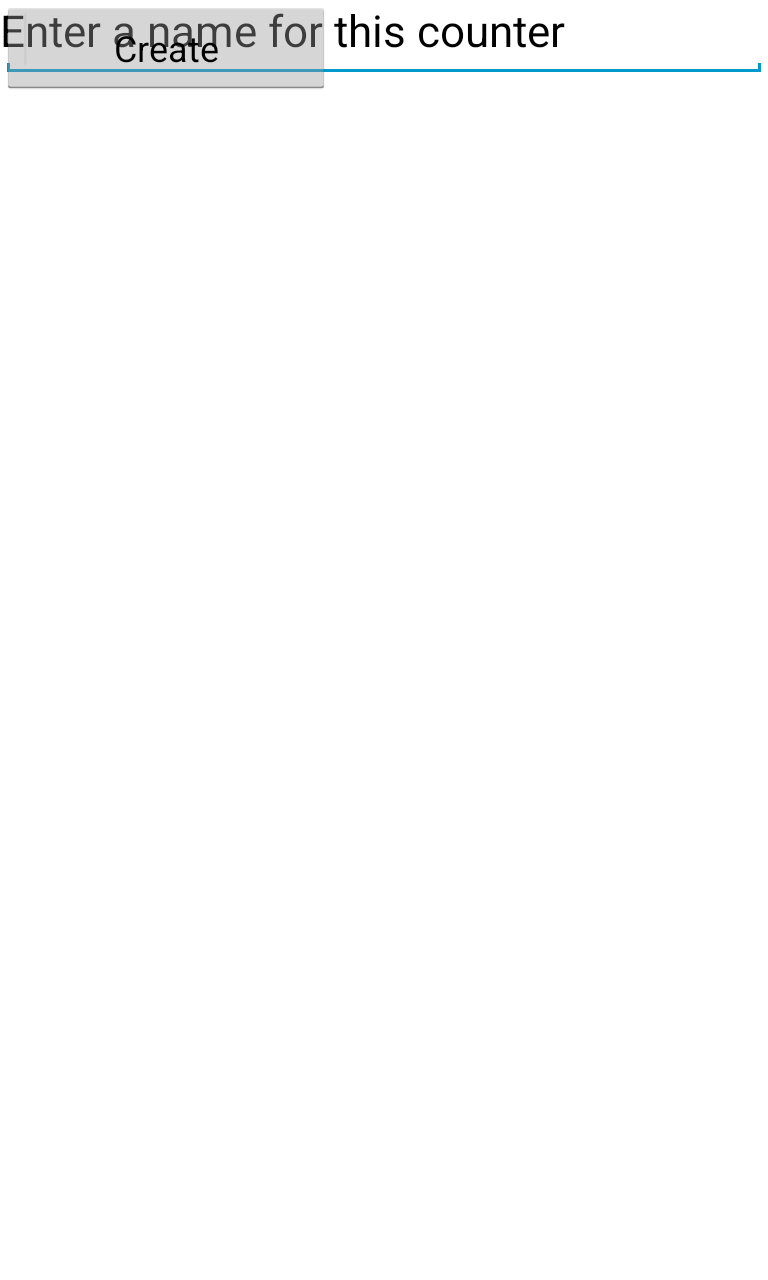
Repository: arweber1/CMPUT301_Assignment1
Layout: Assignment1/res/layout/create_counter.xml
An editor plug-in stored every save of this project. The layout is shown before and after the next save, followed by the edit.
It is drawn on a 768 x 1280 px phone screen (xhdpi) without system bars, with theme AppTheme; the app's code is not run.

Above is the layout before, as saved 2014-01-18 22:56:19.

### Assignment1/res/layout/create_counter.xml
<?xml version="1.0" encoding="utf-8"?>
<RelativeLayout xmlns:android="http://schemas.android.com/apk/res/android"
    android:layout_width="match_parent"
    android:layout_height="match_parent"
    android:orientation="vertical" >

    <TextView
        android:id="@+id/textView1"
        android:layout_width="wrap_content"
        android:layout_height="wrap_content"
        android:layout_gravity="center"
        android:text="@string/enter_counter_name"
        android:textAppearance="?android:attr/textAppearanceLarge" />

    <EditText
        android:id="@+id/editText1"
        android:inputType="textCapSentences"
        android:layout_width="match_parent"
        android:layout_height="wrap_content"
        android:ems="10" >

        <requestFocus />
    </EditText>

    <Button
        android:id="@+id/button1"
        android:layout_width="166dp"
        android:layout_height="wrap_content"
        android:text="@string/create_new_counter" />

</RelativeLayout>

### Assignment1/res/values/strings.xml
<?xml version="1.0" encoding="utf-8"?>
<resources>

    <string name="app_name">arweber-notes</string>
    <string name="action_settings">Settings</string>
    <string name="hello_world">Hello world!</string>
	<string name="add_counter">+ Add new counter</string>
	<string name="manage_counters">Manage counters</string>
	<string name="enter_counter_name">Enter a name for this counter</string>
	<string name="create_new_counter">Create</string>
	<string name="cancel_button">Cancel</string>
</resources>

Loaded but not shown: Assignment1/res/values/styles.xml (common file); Assignment1/res/values-v11/styles.xml (common file); Assignment1/res/values-v14/styles.xml (common file)

After the next save:
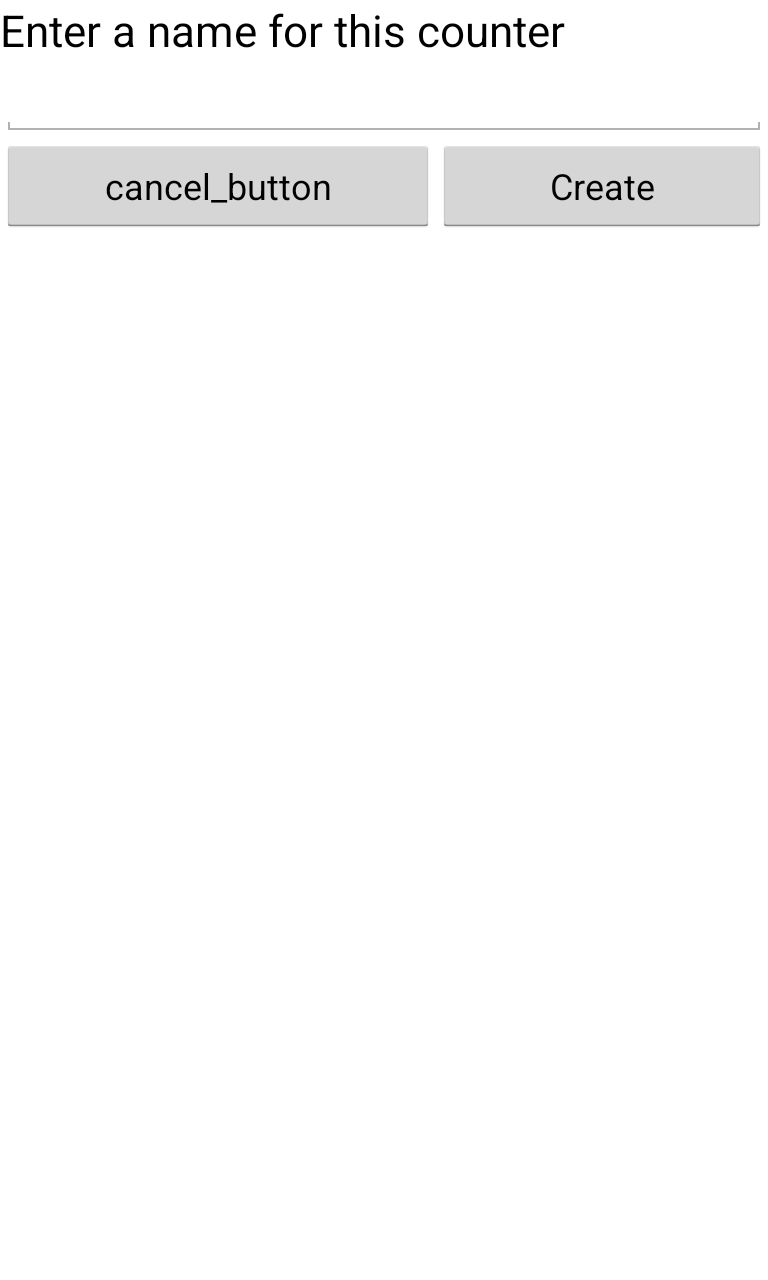
Saved 9 s later.
--- a/Assignment1/res/layout/create_counter.xml
+++ b/Assignment1/res/layout/create_counter.xml
@@ -14,18 +14,29 @@
 
     <EditText
         android:id="@+id/editText1"
-        android:inputType="textCapSentences"
         android:layout_width="match_parent"
         android:layout_height="wrap_content"
-        android:ems="10" >
-
-        <requestFocus />
-    </EditText>
+        android:layout_alignParentLeft="true"
+        android:layout_below="@+id/textView1"
+        android:ems="10"
+        android:inputType="textCapSentences" />
 
     <Button
         android:id="@+id/button1"
         android:layout_width="166dp"
         android:layout_height="wrap_content"
+        android:layout_alignParentRight="true"
+        android:layout_below="@+id/editText1"
         android:text="@string/create_new_counter" />
 
+    <Button
+        android:id="@+id/button2"
+        android:layout_width="wrap_content"
+        android:layout_height="wrap_content"
+        android:layout_alignBaseline="@+id/button1"
+        android:layout_alignBottom="@+id/button1"
+        android:layout_alignParentLeft="true"
+        android:layout_toLeftOf="@+id/button1"
+        android:text="cancel_button" />
+
 </RelativeLayout>
